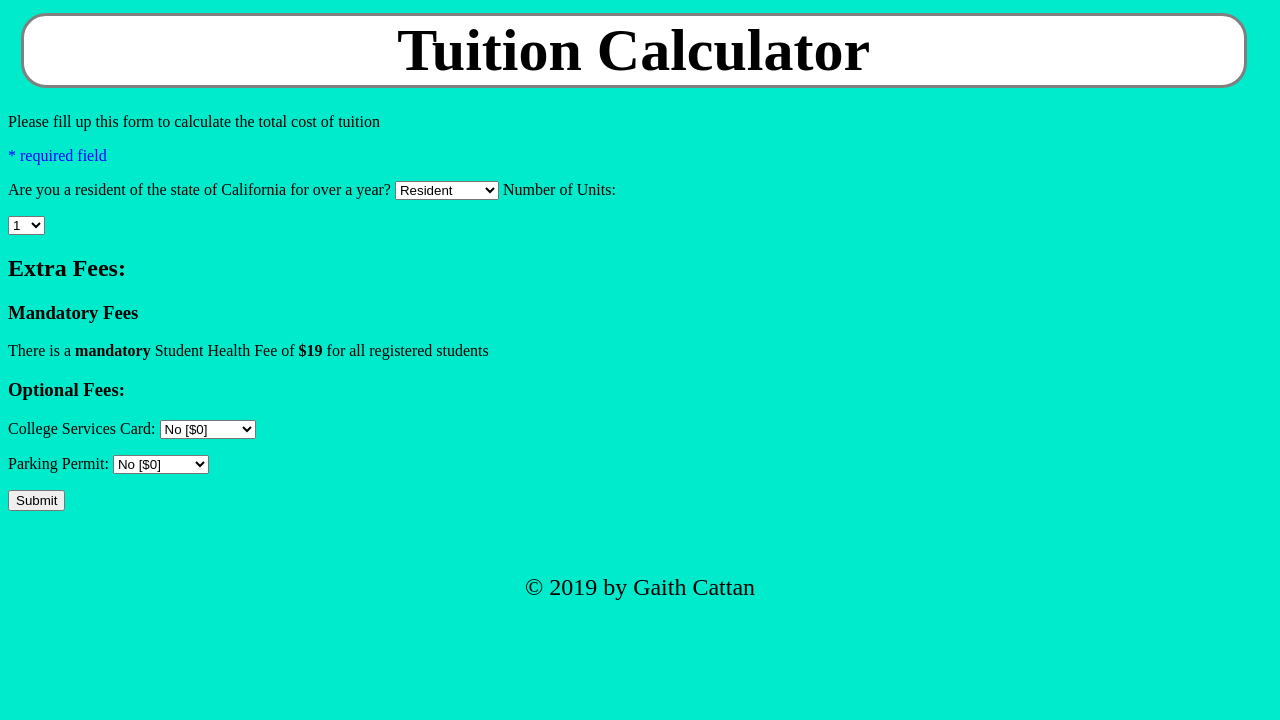
Repository: GaithCattan/COSW30
Page: labwork/lab2/tuitioncalculator.html
The author's editor kept a record of every edit. The page is drawn from the files as they stood at one moment, then again after the next edit.
The browser window is 1280 px wide. The pictures show the whole page.

Above is the page before.

### labwork/lab2/tuitioncalculator.html

<!doctype html>
<html>
    <head>
         <meta charset="utf-8">
         <title>Tuition Calculator</title>
        <style>
          body {background-color: #00EBCC;}
          h1 {text-align: center; font-size: 60px; margin-top: 40px;
              border: solid grey; border-radius: 25px;
              margin-top: 1%; margin-right: 2%;	margin-left: 1%; margin-bottom: 2%;
              background-color: white;}
          footer {font-size: 1.5em; color: black; text-align: center; margin-top: 5%;}
          .needed {color: blue;}
        </style>

    </head>
    <body>

    <h1>Tuition Calculator</h1>
    <p>Please fill up this form to calculate the total cost of tuition</p>
    <p><span class="needed">* required field</span></p>

    <form action="process_tuitioncalculator.php" method="POST">

        <label for="resident">Are you a resident of the state of California for over a year?</label>
        <select name="residency">
        <option value="46">Resident</option>
        <option value="236">Non-Resident</option>
        </select>

        <label>Number of Units: </label>
        <p><select name="units">
        <option value="1">1</option>
        <option value="2">2</option>
        <option value="3">3</option>
        <option value="4">4</option>
        <option value="5">5</option>
        <option value="6">6</option>
        <option value="7">7</option>
        <option value="8">8</option>
        <option value="9">9</option>
        <option value="10">10</option>
        <option value="11">11</option>
        <option value="12">12</option>
        <option value="13">13</option>
        <option value="14">14</option>
        <option value="15">15</option>
        <option value="16">16</option>
        <option value="17">17</option>
        <option value="18">18</option>
        <option value="19">19</option>
        <option value="20">20</option>
        <option value="21">21</option>
        </select>


    <h2>Extra Fees:</h2>

        <h3>Mandatory Fees</h3>
        <p>There is a <strong>mandatory</strong> Student Health Fee of <strong><input type="hidden" name ="healthfee" value="19" />$19</strong> for all registered students</p>

    <h3>Optional Fees:</h3>

        <p>College Services Card: <select name="services_card">
        <option value="0">No [$0]</option>
        <option value="20">Yes [$20.00]</option>
        </select></p>

        <p>Parking Permit: <select name="parking_permit">
        <option value="0">No [$0]</option>
        <option value="30">Yes [$25.00]</option>
        </select></p>

    <input type="submit" name="submit" value="Submit"/>





    </form>

    </body>

    <footer>
        <p>&copy; 2019 by Gaith Cattan</p>
    </footer>

</html>

After the next edit:
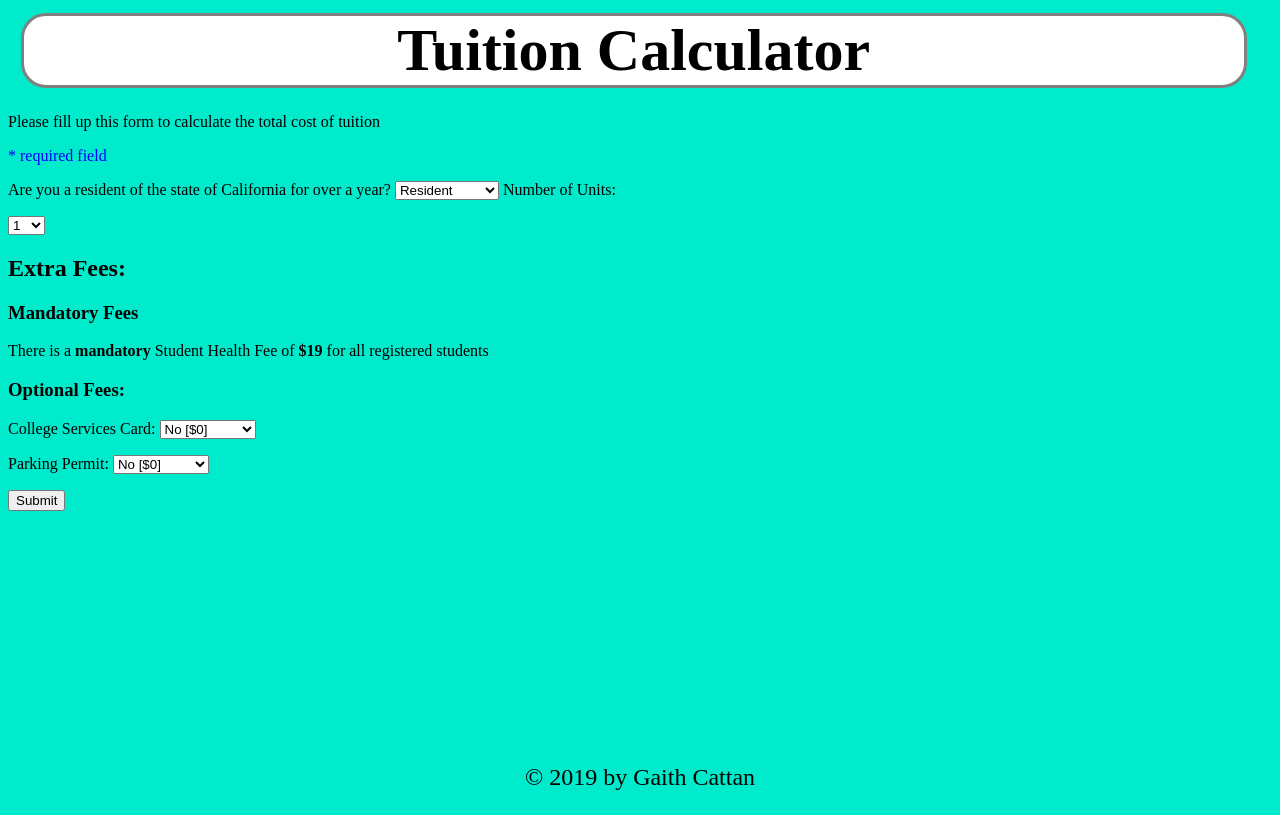
The edit:
--- a/labwork/lab2/tuitioncalculator.html
+++ b/labwork/lab2/tuitioncalculator.html
@@ -10,7 +10,7 @@
               border: solid grey; border-radius: 25px;
               margin-top: 1%; margin-right: 2%;	margin-left: 1%; margin-bottom: 2%;
               background-color: white;}
-          footer {font-size: 1.5em; color: black; text-align: center; margin-top: 5%;}
+          footer {font-size: 1.5em; color: black; text-align: center; margin-top: 20%;}
           .needed {color: blue;}
         </style>
 
